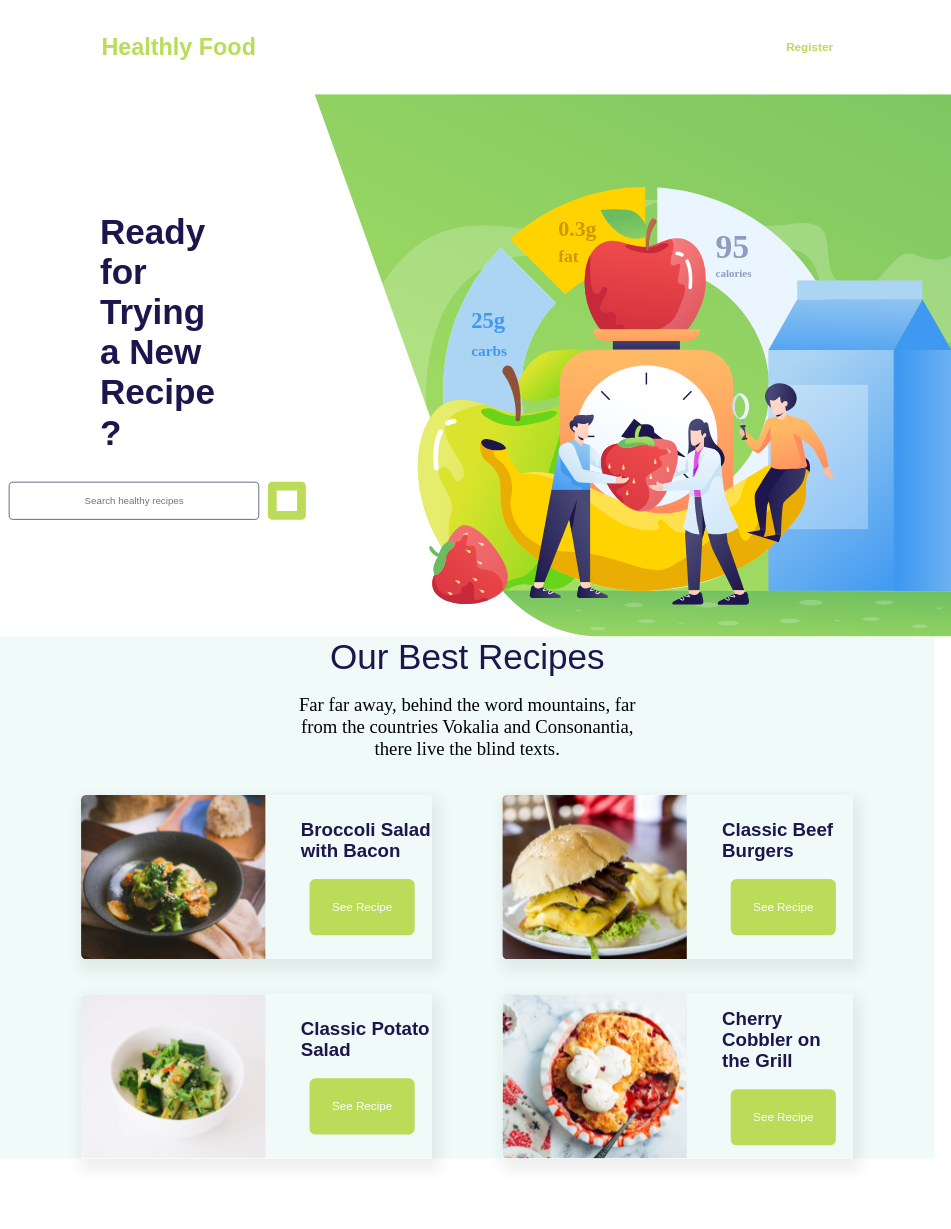
Repository: LuccaCasalecchi/HealthyFood
Page: /
These files come from the project's save history. The page is drawn as it stood at one moment and after a run of saves; the edit follows.
The browser window is 1280 px wide. The page is 1303 px wide, so the pictures cover 1303 px, including what lies to the right of the window. The pictures show the whole page, at 73% of full size.
The project was rebuilt for these pictures with package versions that can differ from the ones it lists, and the page was loaded fresh each time.

Above is the page before, as saved 2021-08-18 17:45:16.

### src/App.js
import React from 'react'
import LandingPage from './pages/LandingPage/LandingPage';

function App() {
  return (
    <div className="App">
      <LandingPage/>
    </div>
  );
}

export default App;

### src/pages/LandingPage/LandingPage.jsx
import React from "react";
import "./LandingPage.css";
import Recipes from "../../components/Recipes/Recipes";
import Main from "../../components/Main/Main";

export default function LandingPage() {
  return (
    <>
      <Main/>
      <Recipes/>
    </>
  );
}

### src/pages/LandingPage/LandingPage.css
* {
  margin: 0;
  padding: 0;
  box-sizing: border-box;
  font-family: sans-serif;
}

### src/components/Recipes/Recipes.jsx
import React from "react";
import Card from '../Card/Card'

import './Recipes.css'
import FoodOne from '../../images/comida_1.svg';
import FoodTwo from '../../images/comida_2.svg';
import FoodThree from '../../images/comida_3.svg';
import FoodFour from '../../images/comida_4.svg';

export default function Recipes() {
  return (
    <section className='recipes' id='recipes'>
      <div className='recipes__introduction'>
        <p className='introduction__title'>Our Best Recipes</p>
        <p className='introduction__description'>
          Far far away, behind the word mountains,
          far from the countries Vokalia and Consonantia,
          there live the blind texts.
        </p>
      </div>
      <div className='recipes__best'>
        <Card image={FoodOne} title='Broccoli Salad with Bacon'/>
        <Card image={FoodTwo} title='Classic Beef Burgers'/>
        <Card image={FoodThree} title='Classic Potato Salad'/>
        <Card image={FoodFour} title='Cherry Cobbler on the Grill'/>
      </div>
    </section>
  );
}

### src/components/Main/Main.jsx
import React from 'react'
import Input from '../Input/Input'
import Illustration from '../../images/Illustration.svg'
import Header from '../Header/Header'
import './Main.css'

export default function Main() {
  return (
    <div>
      <Header/>
      <div className="search-recipes">
        <div className="subtitle">
          <h2>Ready for<br />Trying a New<br />Recipe ?</h2>
          <div className="input-container">
          <Input/>
          </div>
        </div>
        <img src={Illustration} alt="" />
      </div>
    </div>
  )
}

### src/components/Card/Card.jsx
import React from 'react'
import './Card.css'

export default function Card({image, title}) {
  return (
    <div>
      <article className='recipe'>
      <img className='recipe__image' src={image} alt={title}/>
      <div className="recipe__informations">
        <p className='recipe__title'>{title}</p>
        <button className='recipe__button' to='/'>See Recipe</button>
      </div>
    </article>
    </div>
  )
}

### src/components/Recipes/Recipes.css
.recipes{
  background-color: rgb(239, 250, 249);
  width: 100%;
  display: flex;
  flex-direction: column;
  align-items: center;
  margin-bottom: 6rem;
}

.recipes__introduction {
  max-width: 510px;
}

.introduction__title {
  margin-bottom: 1.5rem;

  color: #1D164D;
  font-family: sans-serif;
  font-size: 3rem;
  text-align: center;
}

.introduction__description {
  color: var(--color-text);
  font-family: 'Muli';
  font-size: 1.6rem;
  text-align: center;
}

.recipes__best {
  display: flex;
  flex-wrap: wrap;
  justify-content: center;
}

### src/components/Input/Input.jsx
import React from 'react'
import './Input.css'

export default function Input() {
  return (
    <div className="input-container">
      <input
      type="text"
      placeholder="Search healthy recipes"/>

      <button></button>
    </div>
  )
}

### src/components/Header/Header.jsx
import React from 'react'
import './Header.css'

export default function Header() {
  return (
    <div className="header-container">
        <a href="#" className="logo">Healthly Food</a>
        <a href="#" className="register">Register</a>
    </div>
  )
}

### src/components/Main/Main.css
.search-recipes {
  display: flex;
  justify-content: space-between;
  align-items: center;
}

.subtitle {
  display: flex;
  justify-content: center;
  align-items: center;
  flex-direction: column;
}

.subtitle h2 {
  font-size: 48px;
  color: #1d164d;
  text-align: left;
  padding: 0px 137px 40px;
}

### src/components/Card/Card.css
.recipe {
  display: flex;
  align-items: center;
  margin: 3rem 3rem 0 3rem;
  box-shadow: 5px 10px 20px 6px rgba(0,0,0,0.07);
}

.recipe__image {
  max-width: 253px;
  max-height: 225px;
}

.recipe__informations {
  max-width: 180px;
  display: flex;
  flex-direction: column;
  margin-left: 3rem;
}

.recipe__title {
  margin-bottom: 1.5rem;
  color: #1D164D;
  font-family: sans-serif;
  font-size: 1.6rem;
  font-weight: 700;
}

.recipe__button {
  width: 80%;
  height: 4.8rem;
  display: flex;
  justify-content: center;
  align-items: center;
  background: #BADC58;
  color: white;
  border-radius: .5rem;
  font-family: sans-serif;
  font-size: 1rem;
  text-decoration: none;
}

### src/components/Input/Input.css
.input-container{
  display: flex;
  justify-content: center;
  align-items: center;
  padding: 0px;
}

input{
  width: 343px;
  height: 52px;
  border-radius: 6px;
  border: 1px solid #2D3561;
  text-align: center;
}

button{
  width: 52px;
  height: 52px;
  background-color: white;
  border: 12px solid #BADC58;
  border-radius: 6px;
  padding: 0px 12px;
  margin-left: 12px;
}

### src/components/Header/Header.css
.header-container{
  display: flex;
  justify-content: space-between;
  align-items: center;
  padding: 46px 0;
}

.header-container a {
  text-decoration: none;
  color: #BADC58;
  font-weight: 700;
  padding: 0 139px;
}

.header-container .logo{
  font-size: 32px;

}

.header-container .register{
  font-size: 16px;

}

Loaded but not shown: public/index.html (common file); src/index.js (common file)

After the next 2 saves:
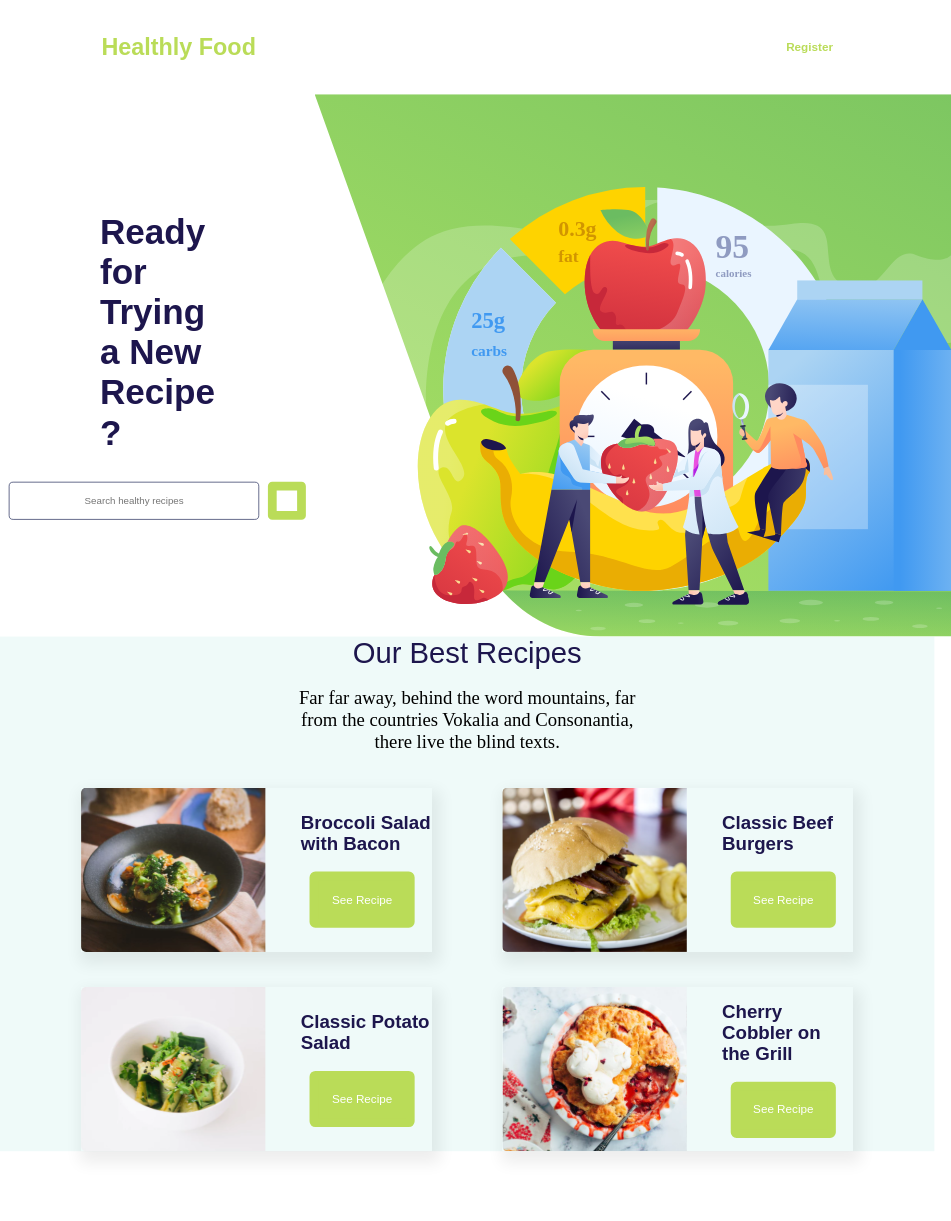
The 2 saves are shown as one change because they came seconds apart.
The last was saved 8 s later.
--- a/src/components/Recipes/Recipes.css
+++ b/src/components/Recipes/Recipes.css
@@ -16,7 +16,7 @@
 
   color: #1D164D;
   font-family: sans-serif;
-  font-size: 3rem;
+  font-size: 2.5rem;
   text-align: center;
 }
 
